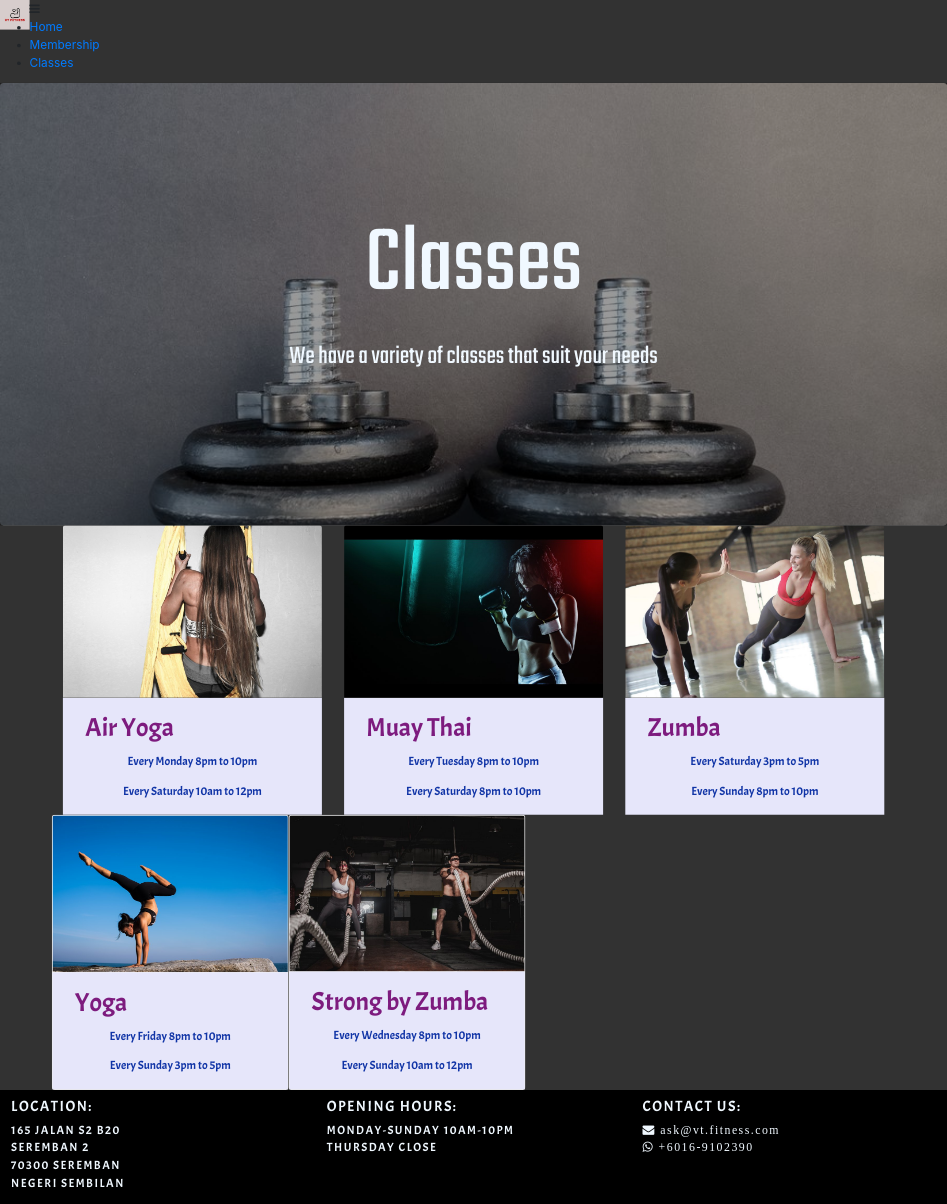
Repository: Code-Institute-Submissions/Project-One-6
Page: classes.html
The author's editor kept a record of every edit. The page is drawn from the files as they stood at one moment, then again after the next edit.
The browser window is 1280 px wide. The pictures show the whole page, at 74% of full size.

Above is the page before.

After the next edit:
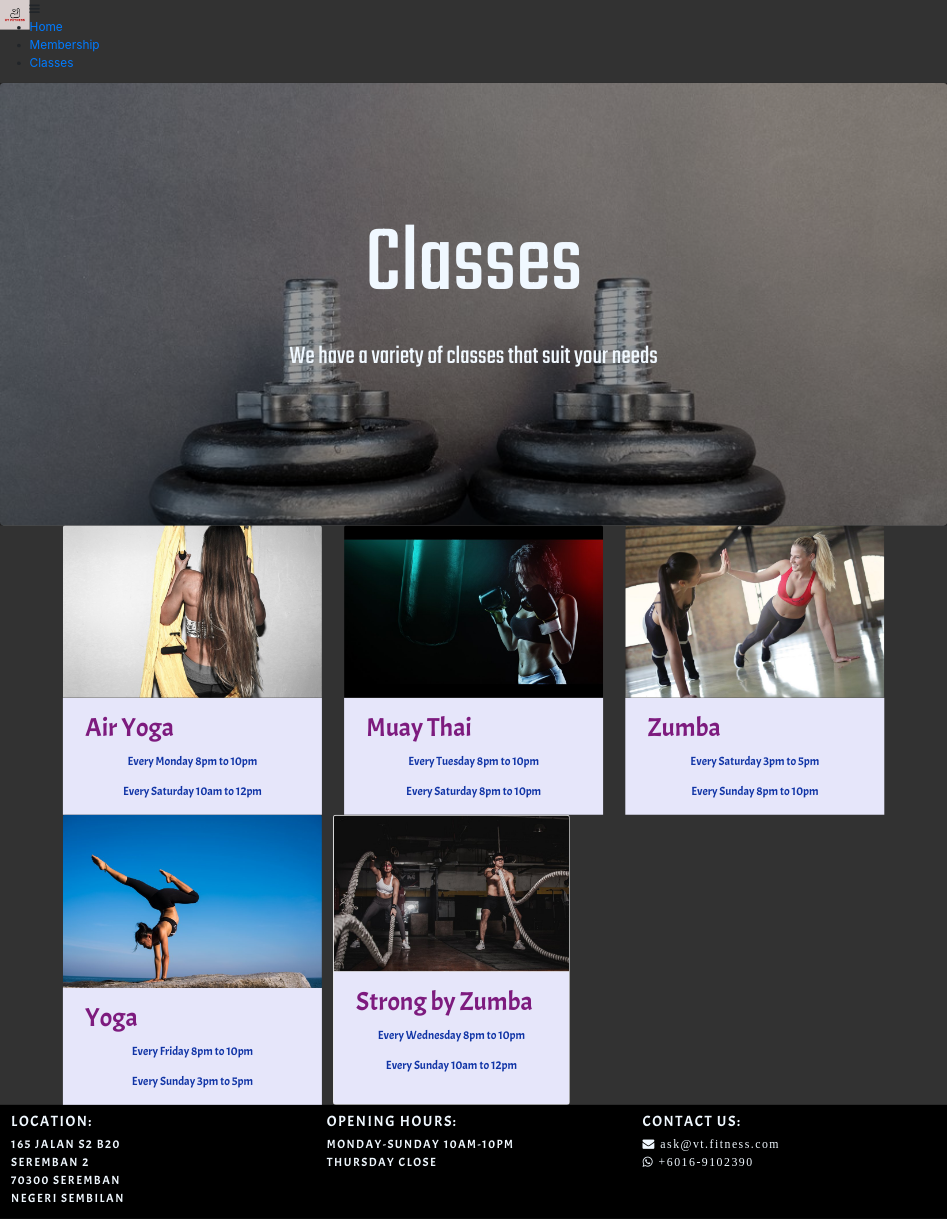
The edit:
--- a/classes.html
+++ b/classes.html
@@ -65,7 +65,7 @@
             </div>
         </div>
         <div class="row">
-            <div class="card" style="width: 20rem;">
+            <div class="col-sm-12 col-md-4">
                 <img src="images/yoga.jpg" class="card-img-top">
                 <div class="card-body">
                     <h4 class="card-title">Yoga</h4>
